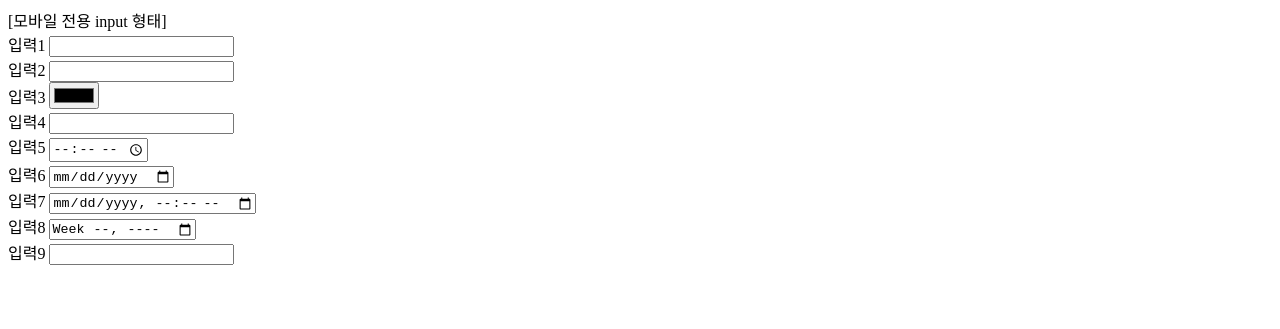
Repository: mnemion/BackendClass
Page: web/src/main/webapp/m/index.html
These files come from the project's save history. The page is drawn as it stood at one moment and after the next save; the edit follows.
The browser window is 1280 px wide. The pictures show the whole page.

Above is the page before, as saved 2023-08-31 05:51:58.

### web/src/main/webapp/m/index.html
<!DOCTYPE html>
<html lang="ko">
<head>
<meta charset="UTF-8">
<meta name="viewport" content="width=device-width, initial-scale=1.0">
<title>모바일 전용 웹페이지</title>
</head>
<body>
[모바일 전용 input 형태]<br>
입력1 <input type="text"><br>		<!-- 일반 입력 (P, M) -->
입력2 <input type="number"><br>	<!-- 숫자만 입력 (M) -->
입력3 <input type="color"><br>	<!-- 색상선택 (P, M) -->
입력4 <input type="tel"><br>		<!-- 전화번호 (M) -->
입력5 <input type="time"><br>		<!-- 시간선택 (P, M) -->
입력6 <input type="date"><br>		<!-- 날짜선택 (P, M) -->
입력7 <input type="datetime-local"><br>	<!-- 날짜, 시간 동시에 입력 (P, M) -->
입력8 <input type="week"><br>		<!-- 몇 주차 (P, M) [ios에서 작동불능] -->
입력9 <input type="email"><br>	<!-- 이메일 (P, M) -->
</body>
</html>

After the next save:
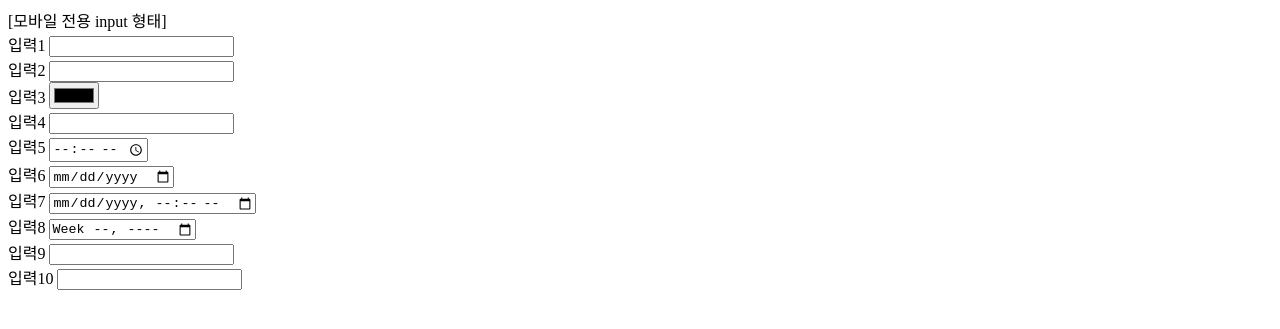
Saved 81 s later.
--- a/web/src/main/webapp/m/index.html
+++ b/web/src/main/webapp/m/index.html
@@ -16,5 +16,6 @@
 입력7 <input type="datetime-local"><br>	<!-- 날짜, 시간 동시에 입력 (P, M) -->
 입력8 <input type="week"><br>		<!-- 몇 주차 (P, M) [ios에서 작동불능] -->
 입력9 <input type="email"><br>	<!-- 이메일 (P, M) -->
+입력10 <input type="email"><br>
 </body>
 </html>
